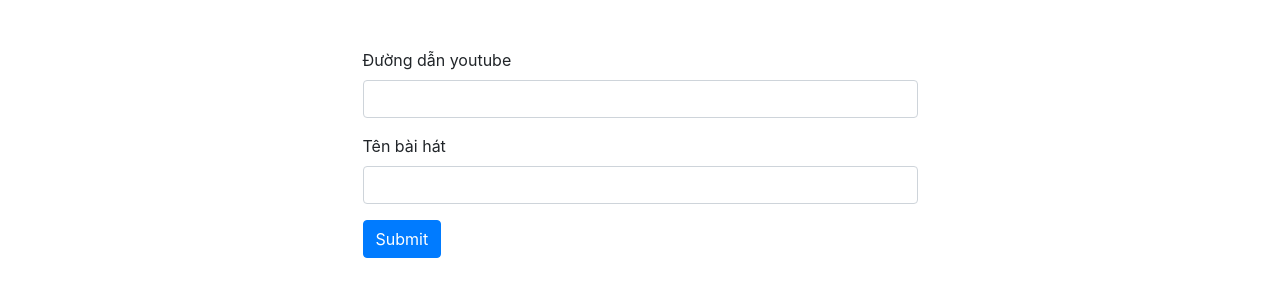
Repository: phamvuhung2710/sound-express
Page: http://localhost/download
An editor plug-in stored every save of this project. The page is shown before and after the next save, followed by the edit.
The browser window is 1280 px wide. The pictures show the whole page.
The page is served by the project's Node server (server.js).

Above is the page before, as saved 2022-08-04 22:22:40.

### views/download.ejs
<!DOCTYPE html>
<html lang="en">
  <head>
    <meta charset="UTF-8" />
    <meta http-equiv="X-UA-Compatible" content="IE=edge" />
    <meta name="viewport" content="width=device-width, initial-scale=1.0" />
    <title>LongK</title>
    <link
      rel="stylesheet"
      href="https://cdn.jsdelivr.net/npm/bootstrap@4.3.1/dist/css/bootstrap.min.css"
      integrity="sha384-ggOyR0iXCbMQv3Xipma34MD+dH/1fQ784/j6cY/iJTQUOhcWr7x9JvoRxT2MZw1T"
      crossorigin="anonymous"
    />
  </head>
  <body>
    <div class="container">
      <form
        method="post"
        action="/download"
        class="mt-5 mx-auto"
        style="width: 50%"
      >
        <div class="form-group">
          <label for="pathMusic">Đường dẫn youtube</label>
          <input
            type="text"
            class="form-control"
            id="pathMusic"
            name="pathMusic"
          />
        </div>
        <div class="form-group">
          <label for="nameMusic">Tên bài hát</label>
          <input
            type="text"
            class="form-control"
            id="nameMusic"
            name="nameMusic"
          />
        </div>
        <button type="submit" class="btn btn-primary">Submit</button>
      </form>
    </div>

    <script
      src="https://code.jquery.com/jquery-3.3.1.slim.min.js"
      integrity="sha384-q8i/X+965DzO0rT7abK41JStQIAqVgRVzpbzo5smXKp4YfRvH+8abtTE1Pi6jizo"
      crossorigin="anonymous"
    ></script>
    <script
      src="https://cdn.jsdelivr.net/npm/popper.js@1.14.7/dist/umd/popper.min.js"
      integrity="sha384-UO2eT0CpHqdSJQ6hJty5KVphtPhzWj9WO1clHTMGa3JDZwrnQq4sF86dIHNDz0W1"
      crossorigin="anonymous"
    ></script>
    <script
      src="https://cdn.jsdelivr.net/npm/bootstrap@4.3.1/dist/js/bootstrap.min.js"
      integrity="sha384-JjSmVgyd0p3pXB1rRibZUAYoIIy6OrQ6VrjIEaFf/nJGzIxFDsf4x0xIM+B07jRM"
      crossorigin="anonymous"
    ></script>
  </body>
</html>

### server.js
const express = require('express')
const util = require('util')
const app = express()
var bodyParser = require('body-parser')
const YoutubeMp3Downloader = require('youtube-mp3-downloader')

const path = require('path')
const fs = require('fs')
const readdir = util.promisify(fs.readdir)

const directoryPath = path.join(__dirname, 'public')

// parse application/x-www-form-urlencoded
app.use(bodyParser.urlencoded({ extended: false }))

// parse application/json
app.use(bodyParser.json())
app.use(express.json())

app.set('view engine', 'ejs')
app.use(express.static('public'))

app.get('/', async (req, res) => {
  const listMusic = await readdir(directoryPath)
  res.render('index', { listMusic })
})

app.post('/', (req, res) => {
  res.send('OK')
})

app.get('/download', (req, res) => {
  res.render('download')
})

app.post('/delete', (req, res) => {
  fs.unlink(`./public/${req.body.name}`, (err) => {
    if (err) throw err //handle your error the way you want to;
    console.log('path/file.txt was deleted') //or else the file will be deleted
  })
  res.send('Xoá thành công')
})

app.post('/download/', (req, res) => {
  let { pathMusic, nameMusic } = req.body
  pathMusic = pathMusic.replace('https://www.youtube.com/watch?v=', '').trim()
  nameMusic = nameMusic.toLowerCase()
  nameMusic = removeVietnameseTones(nameMusic)
  nameMusic = nameMusic.replace(' ', '-').trim()
  console.log('pathMusic: ', pathMusic)
  console.log('nameMusic: ', nameMusic)
  // var YD = new YoutubeMp3Downloader({
  //   ffmpegPath: './ffmpeg/bin/ffmpeg.exe', // FFmpeg binary location
  //   outputPath: './public', // Output file location (default: the home directory)
  //   youtubeVideoQuality: 'highestaudio', // Desired video quality (default: highestaudio)
  //   queueParallelism: 2, // Download parallelism (default: 1)
  //   progressTimeout: 2000, // Interval in ms for the progress reports (default: 1000)
  //   allowWebm: false // Enable download from WebM sources (default: false)
  // })

  // //Download video and save as MP3 file
  // YD.download('lXx-kdlxL48', '2.mp3')

  // YD.on('finished', function (err, data) {
  //   res.send('Thành công')
  // })

  // YD.on('error', function (error) {
  //   console.log('error: ', error)
  // })

  // YD.on('progress', function (progress) {
  //   console.log(JSON.stringify(progress))
  // })
})

app.listen(3000, () => {
  console.log(`Server started running`)
})

function removeVietnameseTones(str) {
  str = str.replace(/à|á|ạ|ả|ã|â|ầ|ấ|ậ|ẩ|ẫ|ă|ằ|ắ|ặ|ẳ|ẵ/g, 'a')
  str = str.replace(/è|é|ẹ|ẻ|ẽ|ê|ề|ế|ệ|ể|ễ/g, 'e')
  str = str.replace(/ì|í|ị|ỉ|ĩ/g, 'i')
  str = str.replace(/ò|ó|ọ|ỏ|õ|ô|ồ|ố|ộ|ổ|ỗ|ơ|ờ|ớ|ợ|ở|ỡ/g, 'o')
  str = str.replace(/ù|ú|ụ|ủ|ũ|ư|ừ|ứ|ự|ử|ữ/g, 'u')
  str = str.replace(/ỳ|ý|ỵ|ỷ|ỹ/g, 'y')
  str = str.replace(/đ/g, 'd')
  str = str.replace(/À|Á|Ạ|Ả|Ã|Â|Ầ|Ấ|Ậ|Ẩ|Ẫ|Ă|Ằ|Ắ|Ặ|Ẳ|Ẵ/g, 'A')
  str = str.replace(/È|É|Ẹ|Ẻ|Ẽ|Ê|Ề|Ế|Ệ|Ể|Ễ/g, 'E')
  str = str.replace(/Ì|Í|Ị|Ỉ|Ĩ/g, 'I')
  str = str.replace(/Ò|Ó|Ọ|Ỏ|Õ|Ô|Ồ|Ố|Ộ|Ổ|Ỗ|Ơ|Ờ|Ớ|Ợ|Ở|Ỡ/g, 'O')
  str = str.replace(/Ù|Ú|Ụ|Ủ|Ũ|Ư|Ừ|Ứ|Ự|Ử|Ữ/g, 'U')
  str = str.replace(/Ỳ|Ý|Ỵ|Ỷ|Ỹ/g, 'Y')
  str = str.replace(/Đ/g, 'D')
  // Some system encode vietnamese combining accent as individual utf-8 characters
  // Một vài bộ encode coi các dấu mũ, dấu chữ như một kí tự riêng biệt nên thêm hai dòng này
  str = str.replace(/\u0300|\u0301|\u0303|\u0309|\u0323/g, '') // ̀ ́ ̃ ̉ ̣  huyền, sắc, ngã, hỏi, nặng
  str = str.replace(/\u02C6|\u0306|\u031B/g, '') // ˆ ̆ ̛  Â, Ê, Ă, Ơ, Ư
  // Remove extra spaces
  // Bỏ các khoảng trắng liền nhau
  str = str.replace(/ + /g, ' ')
  str = str.trim()
  // Remove punctuations
  // Bỏ dấu câu, kí tự đặc biệt
  str = str.replace(
    /!|@|%|\^|\*|\(|\)|\+|\=|\<|\>|\?|\/|,|\.|\:|\;|\'|\"|\&|\#|\[|\]|~|\$|_|`|-|{|}|\||\\/g,
    ' '
  )
  return str
}

After the next save:
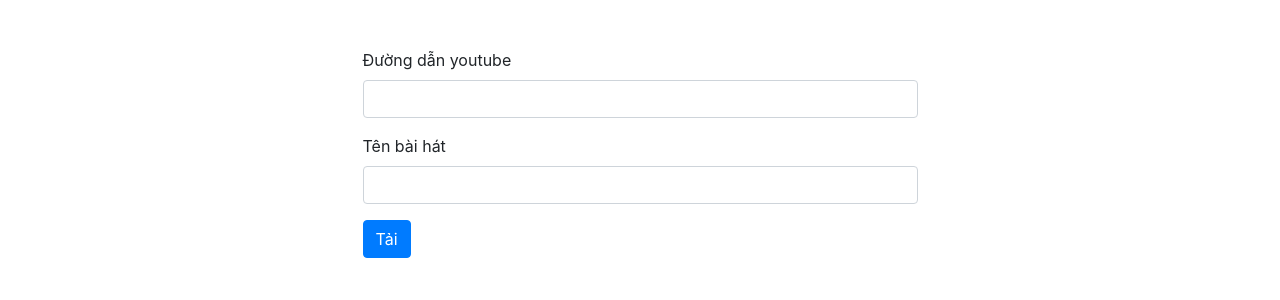
Saved 19 s later.
--- a/views/download.ejs
+++ b/views/download.ejs
@@ -38,7 +38,7 @@
             name="nameMusic"
           />
         </div>
-        <button type="submit" class="btn btn-primary">Submit</button>
+        <button type="submit" class="btn btn-primary">Tải</button>
       </form>
     </div>
 
